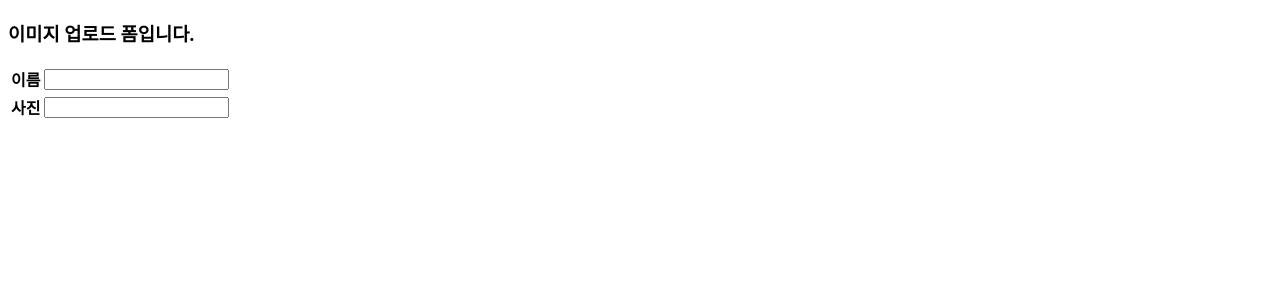
Repository: hyunhee7/web_work
Page: http://localhost/Step12_FileUpload/gallery/uploadform.jsp
These files come from the project's save history. The page is drawn as it stood at one moment and after the next save; the edit follows.
The browser window is 1280 px wide. The pictures show the whole page.
The page is served by Tomcat 9. Nobody is signed in. The application's start-up code is not run.

Above is the page before, as saved 2017-07-10 05:50:43.

### Step12_FileUpload/WebContent/gallery/uploadform.jsp
<%@ page language="java" contentType="text/html; charset=UTF-8"
    pageEncoding="UTF-8"%>
<!DOCTYPE html PUBLIC "-//W3C//DTD HTML 4.01 Transitional//EN" "http://www.w3.org/TR/html4/loose.dtd">
<html>
<head>
<meta http-equiv="Content-Type" content="text/html; charset=UTF-8">
<title>/gallery/uploadform.jsp</title>
</head>
<body>
	<h3>이미지 업로드 폼입니다.</h3>
	<form action="upload.jsp" method="post" enctype="multipart/form-data">
		<table>
			<tr>
				<th><label for="name">이름</label></th>
				<td><input type="text" name="name" id="name"/></td>
			</tr>
			<tr>
				<th><label for="pic">사진</label></th>
				<td><input type="text" name="name" id="name"/></td>
			</tr>
		</table>
	</form>
</body>
</html>

After the next save:
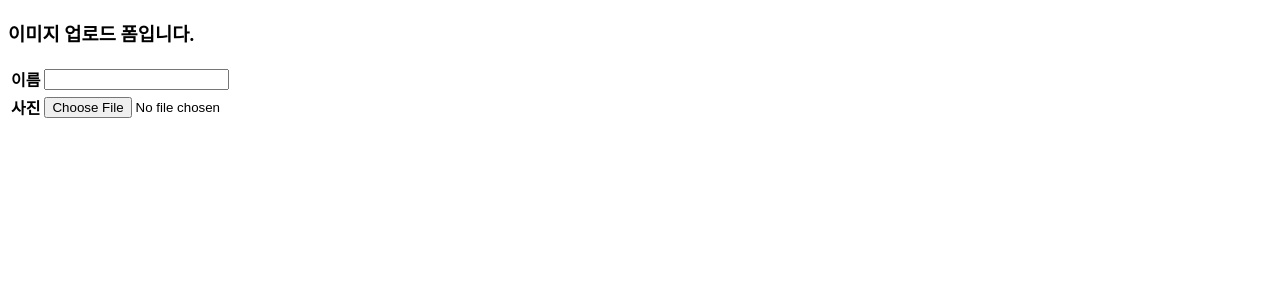
Saved 5 s later.
--- a/Step12_FileUpload/WebContent/gallery/uploadform.jsp
+++ b/Step12_FileUpload/WebContent/gallery/uploadform.jsp
@@ -16,7 +16,7 @@
 			</tr>
 			<tr>
 				<th><label for="pic">사진</label></th>
-				<td><input type="text" name="name" id="name"/></td>
+				<td><input type="file" name="name" id="name"/></td>
 			</tr>
 		</table>
 	</form>
